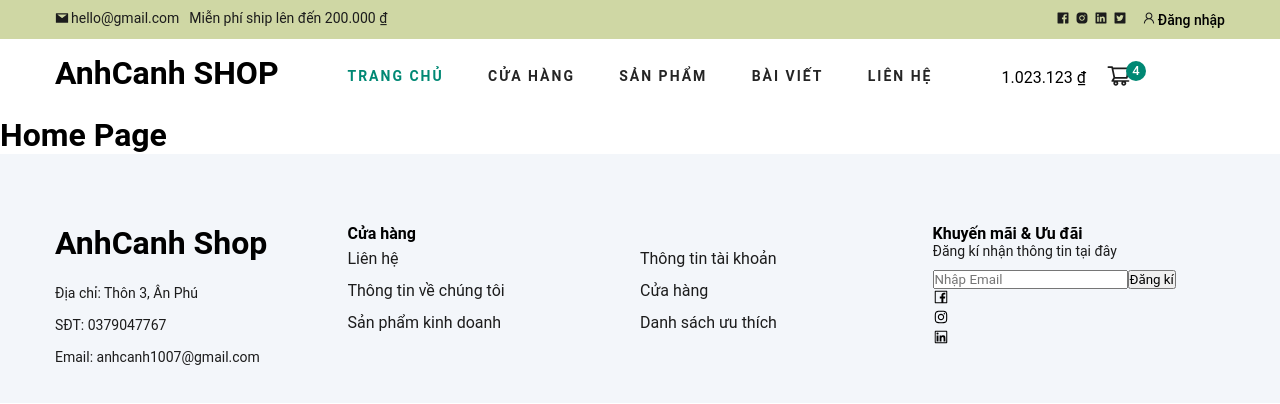
Repository: anhcanh1007/show_product
Page: /
These files come from the project's save history. The page is drawn as it stood at one moment and after the next save; the edit follows.
The browser window is 1280 px wide. The pictures show the whole page.
The project was rebuilt for these pictures with package versions that can differ from the ones it lists, and the page was loaded fresh each time. Imported but missing from the stored project, and not drawn on this page: src/pages/user/profilePage.

Above is the page before, as saved 2024-01-26 23:12:43.

### src/index.js
import React from "react";
import ReactDOM from "react-dom/client";
import { BrowserRouter } from "react-router-dom";
import RouterCustom from "./router";
import "./style/style.scss";

const root = ReactDOM.createRoot(document.getElementById("root"));
root.render(
  <BrowserRouter>
    <RouterCustom />
  </BrowserRouter>
);

// If you want to start measuring performance in your app, pass a function
// to log results (for example: reportWebVitals(console.log))
// or send to an analytics endpoint. Learn more: https://bit.ly/CRA-vitals

### src/router.js
import { ROUTERS } from "./utils/router";
import HomePage from "./pages/user/homePage";
import ProfilePage from "./pages/user/profilePage";
import { Route, Routes } from "react-router-dom";
import MasterLayout from "./pages/user/theme/masterLayout";

const renderUserRouter = () => {
  const userRouters = [
    {
      path: ROUTERS.USER.HOME,
      component: <HomePage />,
    },
    {
      path: ROUTERS.USER.PROFILE,
      component: <ProfilePage />,
    },
  ];

  return (
    <MasterLayout>
      <Routes>
        {userRouters.map((item, key) => (
          <Route key={key} path={item.path} element={item.component} />
        ))}
      </Routes>
    </MasterLayout>
  );
};

const RouterCustom = () => {
  return renderUserRouter();
};

export default RouterCustom;

### src/style/style.scss
@import './pages/all';
@import './pages/responsive';

### src/utils/router.js
export const ROUTERS = {
  USER: {
    HOME: "",
    PROFILE: "thong-tin-ca-nhan",
  },
};

### src/pages/user/homePage/index.js
import { memo } from "react";

const HomePage = () => {
  return <h1>Home Page</h1>;
};

export default memo(HomePage);

### src/pages/user/theme/masterLayout/index.js
import { memo } from "react";
import Header from "../header";
import Footer from "../footer";

const MasterLayout = ({ children, ...props }) => {
  return (
    <div {...props}>
      <Header />
      {children}
      <Footer />
    </div>
  );
};

export default memo(MasterLayout);

### src/style/pages/_all.scss
@use "sass:map";
@import './theme';
@import './responsive';

html, body {
    margin: 0;
}

* {
    font-family: Roboto;
    padding: 0;
    margin: 0;
}

.container {
    max-width: 1170px;
    width: 100%;
    padding-left: 15px;
    padding-right: 15px;
    // background: map.get($theme-colors, "main");
    margin: auto;
}

.row {
    display: flex;
    flex-wrap: wrap;
}

.col-6 {
    flex: 0 0 50%;
    max-width: 50%;
}

.col-lg-3 {
    flex: 0 0 25%;
    max-width: 25%;
}

.col-lg-6 {
    flex: 0 0 50%;
    max-width: 50%;
}

@include Responsive($DESTOP) {
    .col-xl-3 {
        flex: 0 0 25%;
        max-width: 25%;
    }
    .col-xl-6 {
        flex: 0 0 50%;
        max-width: 50%;
    }
}

@include Responsive($MEDIUM_DEVICE) {
    .col-lg-3 {
        flex: 0 0 25%;
        max-width: 25%;
        background: red;
    }
}

### src/style/pages/_theme.scss
$theme-colors : (
    "main" : #008874,
    "normal_text": #1c1c1c,
    "bold_text": #252525,
)

### src/style/pages/_responsive.scss
$DESTOP: "DESTOP";
$MEDIUM_DEVICE: "MEDIUM_DEVICE";
$TABLE_DEVICE: "TABLE_DEVICE";
$WIDE_MOBILE: "WIDE_MOBILE";
$SMALL_DEVICES: "SMALL_DEVICES";

@mixin Responsive($canvas) {
    @if $canvas == $DESTOP {
        @media only screen and (min-width: 1200px){
            @content;
        }
    } @else if $canvas == $MEDIUM_DEVICE {
        @media only screen and (min-width: 992px) and (max-width: 1199px){
            @content;
        }
    } @else if $canvas == $TABLE_DEVICE {
        @media only screen and (min-width: 768px) and (max-width: 991px){
            @content;
        }
    } @else if $canvas == $WIDE_MOBILE {
        @media only screen and (max-width: 767px){
            @content;
        }
    } @else if $canvas == $MEDIUM_DEVICE {
        @media only screen and (max-width: 575px){
            @content;
        }
    }
}

### src/pages/user/theme/header/index.js
import { memo, useState } from "react";
import {
  AiFillFacebook,
  AiFillInstagram,
  AiFillLinkedin,
  AiFillMail,
  AiFillTwitterSquare,
  AiOutlineShoppingCart,
  AiOutlineUser,
} from "react-icons/ai";
import "./style.scss";
import { Link } from "react-router-dom";
import { formater } from "utils/formater";
import { ROUTERS } from "utils/router";

const Header = () => {
  const [menus, setMenus] = useState([
    {
      name: "Trang chủ",
      path: ROUTERS.USER.HOME,
    },
    {
      name: "Cửa hàng",
      path: ROUTERS.USER.HOME,
    },
    {
      name: "Sản phẩm",
      path: "",
      isShowSubmenu: false,
      child: [
        {
          name: "Thịt",
          path: "",
        },
        {
          name: "Rau củ",
          path: "",
        },
        {
          name: "Thức ăn nhanh",
          path: "",
        },
      ],
    },
    {
      name: "Bài viết",
      path: ROUTERS.USER.HOME,
    },
    {
      name: "Liên hệ",
      path: ROUTERS.USER.HOME,
    },
  ]);
  return (
    <>
      <div className="header__top">
        <div className="container">
          <div className="row">
            <div className="col-6 header__top_left">
              <ul>
                <li>
                  <AiFillMail />
                  <span>hello@gmail.com</span>
                </li>
                <li>Miễn phí ship lên đến {formater(200000)}</li>
              </ul>
            </div>
            <div className="col-6 header__top_right">
              <ul>
                <li>
                  <Link to={""}>
                    <AiFillFacebook />
                  </Link>
                </li>
                <li>
                  <Link to={""}>
                    <AiFillInstagram />
                  </Link>
                </li>
                <li>
                  <Link to={""}>
                    <AiFillLinkedin />
                  </Link>
                </li>
                <li>
                  <Link to={""}>
                    <AiFillTwitterSquare />
                  </Link>
                </li>
                <li>
                  <Link to={""}>
                    <AiOutlineUser />
                  </Link>
                  <span>Đăng nhập</span>
                </li>
              </ul>
            </div>
          </div>
        </div>
      </div>
      <div className="container">
        <div className="row">
          <div className="col-xl-3">
            <div className="header__logo">
              <h1>AnhCanh SHOP</h1>
            </div>
          </div>
          <div className="col-xl-6">
            <nav className="header__menu">
              <ul>
                {menus?.map((menu, menuKey) => (
                  <li key={menuKey} className={menuKey === 0 ? "active" : ""}>
                    <Link to={menu.path}>{menu.name}</Link>
                    {menu.child && (
                      <ul className="header__menu_dropdown">
                        {menu.child.map((childItem, childKey) => (
                          <li key={`${menuKey}-${childKey}`}>
                            <Link to={childItem.path}>{childItem.name}</Link>
                          </li>
                        ))}
                      </ul>
                    )}
                  </li>
                ))}
              </ul>
            </nav>
          </div>
          <div className="col-xl-3">
            <div className="header__cart">
              <div className="header__cart_price">
                <span>{formater(1023123)}</span>
              </div>
              <ul>
                <li>
                  <Link to="#">
                    <AiOutlineShoppingCart /> <span>4</span>
                  </Link>
                </li>
              </ul>
            </div>
          </div>
        </div>
      </div>
    </>
  );
};

export default memo(Header);

### src/pages/user/theme/footer/index.js
import { memo } from "react";
import "./style.scss";
import { Link } from "react-router-dom";
import {
  AiOutlineFacebook,
  AiOutlineInstagram,
  AiOutlineLinkedin,
} from "react-icons/ai";

const Footer = () => {
  return (
    <>
      <footer className="footer">
        <div className="container">
          <div className="row">
            <div className="col-lg-3">
              <div className="footer__about">
                <h1 className="footer__about_logo">AnhCanh Shop</h1>
                <ul>
                  <li>Địa chỉ: Thôn 3, Ân Phú</li>
                  <li>SĐT: 0379047767</li>
                  <li>Email: anhcanh1007@gmail.com</li>
                </ul>
              </div>
            </div>
            <div className="col-lg-6">
              <div className="footer__widget">
                <h4>Cửa hàng</h4>
                <ul>
                  <li>
                    <Link to="">Liên hệ</Link>
                  </li>
                  <li>
                    <Link to="">Thông tin về chúng tôi</Link>
                  </li>
                  <li>
                    <Link to="">Sản phẩm kinh doanh</Link>
                  </li>
                </ul>
                <ul>
                  <li>
                    <Link to="">Thông tin tài khoản</Link>
                  </li>
                  <li>
                    <Link to="">Cửa hàng</Link>
                  </li>
                  <li>
                    <Link to="">Danh sách ưu thích</Link>
                  </li>
                </ul>
              </div>
            </div>
            <div className="col-lg-3">
              <div className="footer__widget">
                <h4>Khuyến mãi & Ưu đãi</h4>
                <p>Đăng kí nhận thông tin tại đây</p>
                <form action="#">
                  <div>
                    <input type="text" placeholder="Nhập Email" />
                    <button type="submit" className="submit-button">
                      Đăng kí
                    </button>
                  </div>
                  <div>
                    <div>
                      <AiOutlineFacebook />
                    </div>
                    <div>
                      <AiOutlineInstagram />
                    </div>
                    <div>
                      <AiOutlineLinkedin />
                    </div>
                  </div>
                </form>
              </div>
            </div>
          </div>
        </div>
      </footer>
    </>
  );
};

export default memo(Footer);

### src/pages/user/theme/header/style.scss
@use "sass:map";
@import 'style/pages/_theme.scss';
.header__top{
    background-color: #CFD7A4;
}

.header__top_left {
    padding: 10px 0 10px;
    ul {
        display: flex;
        align-items: center;
        column-gap: 10px;
        list-style: none;

        li{
            font-size: 14px;
            color: map.get($theme-colors, "normal_text");
            display: flex;
            align-items: center;
            column-gap: 2px;
        }
    }
}

.header__top_right {
    display: flex;
    justify-content: flex-end;
    padding: 10px 0 10px;
    align-items: center;

    ul {
        display: flex;
        column-gap: 5px;
        list-style: none;

        li:last-child{
            margin-left: 10px;

            span {
                font-size: 14px;
                margin-left: 2px;
                font-weight: 500;
            }
        }

        a {
            font-size: 14px;
            display: inline-block;
            color: map.get($theme-colors, "normal_text");
        }
    }
}

.header__logo {
    padding: 15px 0;
}

.header__menu {
    padding: 24px 0;

    ul {
        display: flex;
        justify-content: space-between;

        li {
            list-style: none;

            a {
                text-decoration: none;
                font-size: 14px;
                color: map.get($theme-colors, 'bold_text');
                font-weight: bold;
                text-transform: uppercase;
                letter-spacing: 2px;
                transition: all 0.3s;
                padding: 5px 0;
                display: block;
            }
        }

        li:hover .header__menu_dropdown {
            opacity: 1;
            visibility: visible;
        }

        .active a{
            color: map.get($theme-colors, 'main');
        }

        .header__menu_dropdown {
            background-color: #222222;
            display: block;
            position: absolute;
            width: 180px;
            z-index: 9;
            padding: 5px 0;
            transition: all, 0.3s;
            opacity: 0;
            visibility: hidden;

            a{
                text-transform: capitalize;
                color: #ffffff;
                font-weight: 400;
                padding: 5px 15px;
            }

            :hover {
                color: map.get($theme-colors, 'main');
            }
        }
    }
}

.header__cart {
    display: flex;
    justify-content: center;
    align-items: center;
    padding: 24px 0;

    ul {
        display: flex;
        margin-right: 25px;

        li {
            list-style: none;
            position: relative;
            margin-left: 20px;

            svg {
                font-size: 25px;
                color: map.get($theme-colors, "normal_text");
            }

            span {
                color: white;
                background-color: map.get($theme-colors, "main");
                position: absolute;
                height: 20px;
                width: 20px;
                border-radius: 40px;
                display: inline-block;
                text-align: center;
                line-height: 20px;
                font-size: 13px;
                font-weight: 500;
                left: 20px;
                top: -2px;
            }
        }
    }

}

### src/utils/formater.js
export const formater = (number) => {
  return new Intl.NumberFormat("vi-VN", {
    style: "currency",
    currency: "VND",
  }).format(number);
};

### src/pages/user/theme/footer/style.scss
@use "sass:map";
@import 'style/pages/_theme.scss';

.footer {
    background: #F3F6FA;
    padding-top: 70px;
    padding-bottom: 0;
    .footer__about {
        margin-bottom: 30px;

        .footer__about_logo {
            margin-bottom: 15px;
            display: inline-block;
        }

        ul {

            li {
                list-style: none;
                color: map.get($theme-colors, 'normal_text');
                font-size: 14px;
                line-height: 32px;
            }
        }
    }

    .footer__widget {
        margin-bottom: 30px;
        overflow: hidden;

        h6 {
            color: map.get($theme-colors,'normal_text');
            margin-bottom: 10px;
            font-style: 16px;
            font-weight: 700;
        }

        ul {
            float: left;
            width: 50%;

            li {
                list-style: none;

                a {
                    color: map.get($theme-colors,'normal_text');
                    font-style: 14px;
                    line-height: 32px;
                    text-decoration: none;
                }
            }
        }

        p {
            font-size: 14px;
            color: map.get($theme-colors,'normal_text');
            margin-bottom: 10px;
        }
    }
}

Loaded but not shown: public/index.html (common file)

After the next save:
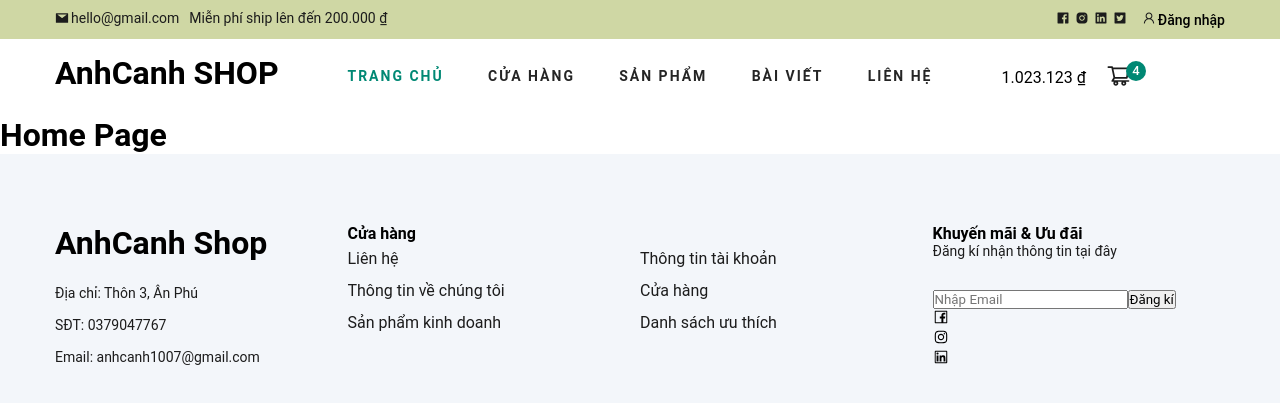
Saved 6 s later.
--- a/src/pages/user/theme/footer/style.scss
+++ b/src/pages/user/theme/footer/style.scss
@@ -54,7 +54,7 @@
         p {
             font-size: 14px;
             color: map.get($theme-colors,'normal_text');
-            margin-bottom: 10px;
+            margin-bottom: 30px;
         }
     }
 }
